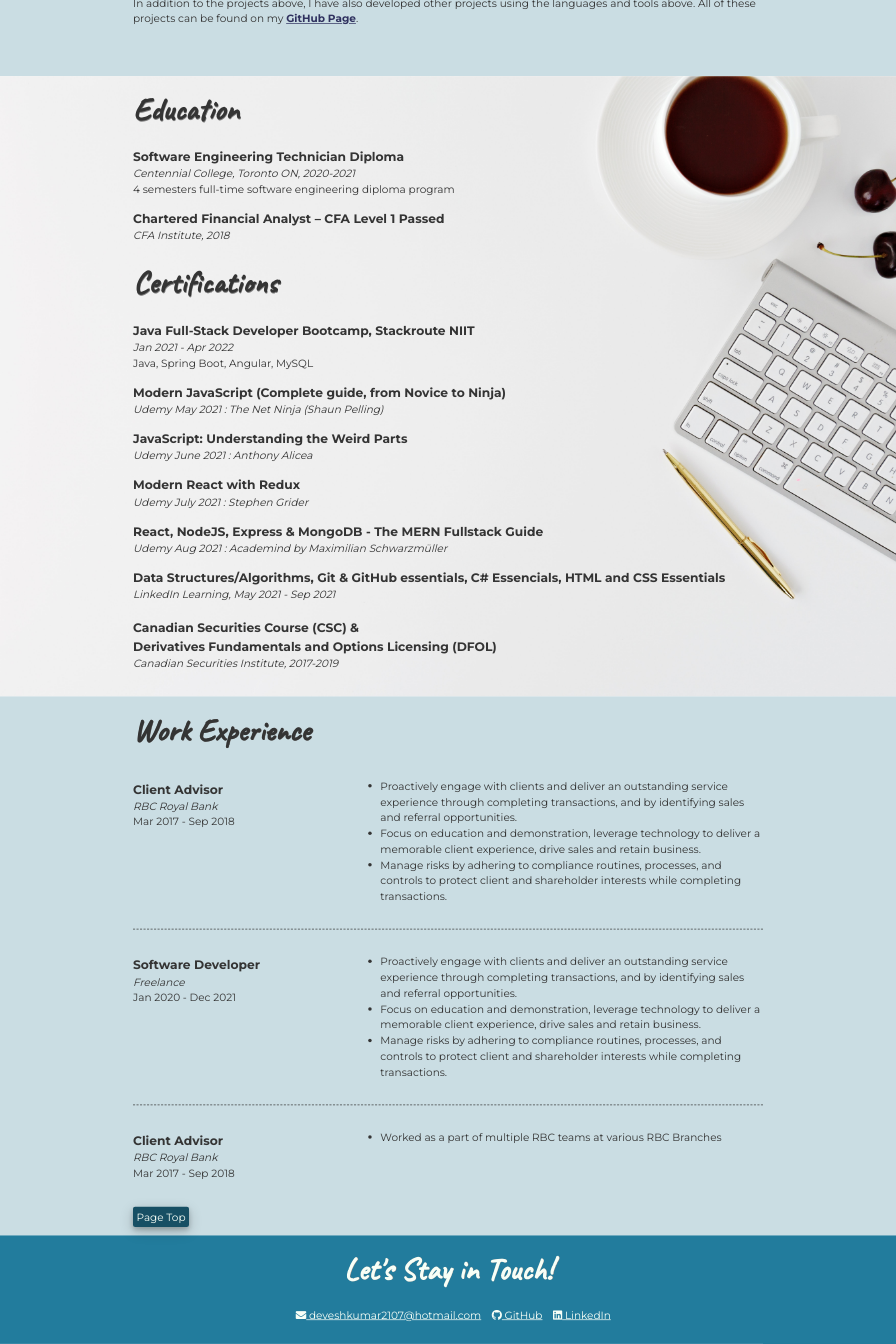
Repository: My-Web-Page/MyWebPage
Page: index.html
These files come from the project's save history. The page is drawn as it stood at one moment and after the next save; the edit follows.
The browser window is 1280 px wide. The pictures show the part of the page from y = 2207 to 4127 px (the page is 4127 px tall before and 4006 px after), at 70% of full size.
Some web libraries are served in a nearby version.

Above is the page before, as saved 2023-04-11 08:38:08.

### index.html
<!DOCTYPE html>
<html lang="en">

<head>
    <meta charset="UTF-8">
    <meta name="viewport" content="width=device-width, initial-scale=1.0">
    <link href="./assets/images/favicon.ico" rel="icon" type="image/x-icon" />

    <title> Devesh Kumar : Full-Stack Developer</title>
    <link rel="preconnect" href="https://fonts.gstatic.com">
    <link href="https://fonts.googleapis.com/css2?family=Caveat&family=Montserrat:wght@400;700&display=swap" rel="stylesheet">
    <link rel="stylesheet" href="https://pro.fontawesome.com/releases/v5.10.0/css/all.css" integrity="sha384-AYmEC3Yw5cVb3ZcuHtOA93w35dYTsvhLPVnYs9eStHfGJvOvKxVfELGroGkvsg+p" crossorigin="anonymous" />

    <link rel="stylesheet" href="style.css">
</head>

<body>
    <main>
        <!-- ***********************  ABOUT / PROFILE  *********************** -->
        <header>
            <div class="container">
                <h1>Devesh Kumar</h1>
                <h2>Software Developer</h2>
            </div>
        </header>

        <nav id="navbar">
            <ul class="nav-ul">
                <li>
                    <a href="#about-me"><i class="fas fa-info-circle"></i>About Me</a> </li>
                <li>
                    <a href="#projects"><i class="fab fa-elementor"></i>Projects</a></li>
                <li>
                    <a href="#education"><i class="fas fa-graduation-cap"></i>Education</a></li>
                <li>
                    <a href="#work-experience"><i class="fas fa-briefcase"></i>Work Experience</a></li>
                <li>
                    <a href="#contact"><i class="fas fa-mobile-alt"></i>Contact Me</a></li>
            </ul>
        </nav>

        <!-- *********************About Me***********************  -->
        <section id="about-me">
            <div class="container">
                <h2>About Me</h2>
                <p>Hello & Welcome! I am an experienced Software-Developer with over 3 years of software development experience. Graduate of Software Engineering Technician program from Centennial College. I have worked with various programming languages
                    and tools. Given below are the details: </p>
                <div class="grid-container">
                    <div class="grid-item">
                        <h3>Languages & tools</h3>
                        <p> Java, Spring Boot, Maven, Junit, OracleSQL, MyBatis, JavaScript, React, Linux, Git, Jira, Agile, Data Structures</p>
                    </div>

                    <div class="grid-item">
                        <h3>Familiar / also work with</h3>
                        <p>Java, Spring Boot, C#, HTML/CSS, Bootstrap, Angular, Node.js, MongoDB, Shell Scripting, UML, MVC</p>
                    </div>
                </div>
                <p>I have also developed grasp over software engineering concepts such as Agile, SDLC models, Agile Project Management Concepts. I have also developed multiple projects using Java, Spring Boot, JavaScript, React, Node.js, HTML, CSS, C#, OracleSQL,
                    MySql, MyBatis, MongoDB and other tools. Additionally, I have also completed some investment management courses/certifications in the past and grown my knowledge in the sector.</p>

            </div>
        </section>

        <!-- *********************Pop-Ups***********************  -->
        <section class="popup-wrapper" id="popup">
            <div class="container">
                <p><button class="popup-close">Close</button></p>
                <img id="popup-img" alt="finalproject popup">
            </div>
        </section>
        <!-- ********************  PROJECTS / PORTFOLIO  ********************* -->
        <section id="projects" class="projects">
            <div class="container divider">
                <h2>My Projects</h2>
                <!-- Project 1 -->
                <section class="project-item clearfix">
                    <img class="project-image" src="./assets/images/assignment_2.png" alt="Portfolio Assignment Using Node.js, Bootstrap, EJS and MongoDB">
                    <h3>Personal Portfolio Website</h3>
                    <p> <strong>Languages & Tools Used :</strong> EJS, CSS, Node.js and MongoDB.</p>
                    <p>Developed this website using above mentioned technologies. I used ExpressJs middleware, and passport.js for authentication.</p>
                    <a class="btn" href="https://comp229-asnmt2.herokuapp.com/home" target="_blank">Website Link</a>
                    <a class="btn" href="https://github.com/portretrieve/Assignment_2" target="_blank">GitHub Link</a>
                </section>

                <!-- Project 2 -->
                <section class="project-item clearfix">
                    <img class="project-image" src="./assets/images/final_project.png" alt="Final Project Using Node.js, Bootstrap, EJS and MongoDB">
                    <h3>Angel's Investment Website</h3>
                    <p> <strong>Languages & Tools Used :</strong> EJS, CSS, Node.js and MongoDB.</p>
                    <p>Created this website using Node.js(Express.js), and Passport.js to authenticate.</p>
                    <a class="btn" href="https://angelinvestfinal.herokuapp.com/" target="_blank">Website Link</a>
                    <a class="btn" href="https://github.com/Angel-Investor/AngelInvestor-Web-App" target="_blank">GitHub Link</a>
                </section>

                <!-- Project 3 -->
                <section class="project-item clearfix">
                    <img class="project-image" src="./assets/images/slot-machine.png" alt="Casino slot machine game using HTML, CSS, JavaScript, TypeScript and EaselJS">
                    <h3>Slot Machine Game</h3>
                    <p> <strong>Languages & Tools Used :</strong> HTML, CSS, JavaScript, TypeScript and EaselJS.</p>
                    <a class="btn" href="https://portretrieve.github.io/COMP125-Assignment-4-CreateJS-Slot-Machine/" target="_blank">Website Link</a>
                    <a class="btn" href="https://github.com/portretrieve/COMP125-Assignment-4-CreateJS-Slot-Machine" target="_blank">GitHub Link</a>
                </section>

                <!-- Project 4 -->
                <section class="project-item clearfix">
                    <img class="project-image" src="./assets/images/restaurant_app.png" alt="Restaurant app using C# WPF MVVM">
                    <h3>Restaurant POS system app</h3>
                    <p> <strong>Languages & Tools Used :</strong> C#, WPF and XAML.</p>
                    <p>Created the restaurant P.O.S app using C# and WPF.</p>
                    <a class="btn" href="https://github.com/portretrieve/Restaurant_app" target="_blank">GitHub Link</a>
                </section>
                <section>
                    <h3>Other Projects: </h3>
                    <p> <strong>Languages & Tools Used :</strong> C#, WinForms, SQL, PL/SQL, Java, Python, Jira, Trello, Lucid Charts, MS Visio etc. </p>
                    <p>In addition to the projects above, I have also developed other projects using the languages and tools above. All of these projects can be found on my <span><a href="https://github.com/portretrieve" target="_blank">GitHub Page</a>.</span></p>
                </section>
            </div>
        </section>

        <!-- ******************  EDUCATION & CERTIFICATIONS ****************** -->
        <section id="education" class="education">
            <div class="container item-details">

                <h2>Education</h2>

                <section>
                    <h3>Software Engineering Technician Diploma</h3>
                    <p>Centennial College, Toronto ON, 2020-2021</p>
                    <p>4 semesters full-time software engineering diploma program </p>
                </section>
                <section>
                    <h3>Chartered Financial Analyst – CFA Level 1 Passed</h3>
                    <p>CFA Institute, 2018</p>
                </section>
                <br>
                <h2>Certifications</h2>

                <section>
                    <h3>Java Full-Stack Developer Bootcamp, Stackroute NIIT</h3>
                    <p>Jan 2021 - Apr 2022</p>
                    <p>Java, Spring Boot, Angular, MySQL</p>
                </section>

                <section>
                    <h3>Modern JavaScript (Complete guide, from Novice to Ninja)</h3>
                    <p>Udemy May 2021 : The Net Ninja (Shaun Pelling)</p>
                </section>
                <section>
                    <h3>JavaScript: Understanding the Weird Parts</h3>
                    <p>Udemy June 2021 : Anthony Alicea</p>
                </section>
                <section>
                    <h3>Modern React with Redux</h3>
                    <p>Udemy July 2021 : Stephen Grider</p>
                </section>
                <section>
                    <h3>React, NodeJS, Express & MongoDB - The MERN Fullstack Guide</h3>
                    <p>Udemy Aug 2021 : Academind by Maximilian Schwarzmüller</p>
                </section>
                <section>
                    <h3>Data Structures/Algorithms, Git & GitHub essentials, C# Essencials, HTML and CSS Essentials</h3>
                    <p>LinkedIn Learning, May 2021 - Sep 2021 </p>
                </section>
                <br>
                <section class="csc">
                    <h3>Canadian Securities Course (CSC) &</h3>
                    <h3>Derivatives Fundamentals and Options Licensing (DFOL)</h3>
                    <p>Canadian Securities Institute, 2017-2019 </p>
                </section>

            </div>
        </section>

        <!-- ***********************  WORK EXPERIENCE  *********************** -->
        <section id="work-experience" class="work-experience">
            <div class="container item-details divider">
                <h2>Work Experience</h2>

                <!-- Job 1 -->
                <section class="job-item">
                    <div class="job-details">
                        <h3>Client Advisor</h3>
                        <p>RBC Royal Bank</p>
                        <p>Mar 2017 - Sep 2018</p>
                    </div>
                    <div class="job-summary">
                        <ul>
                            <li>Proactively engage with clients and deliver an outstanding service experience through completing transactions, and by identifying sales and referral opportunities.</li>
                            <li>Focus on education and demonstration, leverage technology to deliver a memorable client experience, drive sales and retain business.</li>
                            <li>Manage risks by adhering to compliance routines, processes, and controls to protect client and shareholder interests while completing transactions.</li>
                        </ul>

                    </div>
                </section>

                <!-- Job 2 -->
                <section class="job-item">
                    <div class="job-details">
                        <h3>Software Developer</h3>
                        <p>Freelance</p>
                        <p>Jan 2020 - Dec 2021</p>
                    </div>
                    <div class="job-summary">
                        <ul>
                            <li>Proactively engage with clients and deliver an outstanding service experience through completing transactions, and by identifying sales and referral opportunities.</li>
                            <li>Focus on education and demonstration, leverage technology to deliver a memorable client experience, drive sales and retain business.</li>
                            <li>Manage risks by adhering to compliance routines, processes, and controls to protect client and shareholder interests while completing transactions.</li>
                        </ul>

                    </div>
                </section>

                <!-- Job 3 -->
                <section class="job-item">
                    <div class="job-details">
                        <h3>Client Advisor</h3>
                        <p>RBC Royal Bank</p>
                        <p>Mar 2017 - Sep 2018</p>
                    </div>
                    <div class="job-summary">
                        <ul>
                            <li>Worked as a part of multiple RBC teams at various RBC Branches</li>
                        </ul>

                    </div>
                </section>
                <a class="top-btn" href="#top">Page Top</a>

            </div>
        </section>


        <!-- *****************  CONTACT INFO / SOCIAL MEDIA  ***************** -->
        <footer>
            <div id="contact" class="container">
                <h2>Let's Stay in Touch!</h2>
                <!-- Social media and contact links. Add or remove any networks. -->
                <ul class="contact-list">
                    <li><a href="mailto:deveshkumar2107@hotmail.com"><i class="fas fa-envelope"></i>&nbsp;deveshkumar2107@hotmail.com</a></li>
                    <li><a href="https://github.com/portretrieve" target="_blank"><i class="fab fa-github"></i>&nbsp;GitHub</a></li>
                    <li><a href="https://www.linkedin.com/in/devesh-kumar-2aa03b64/" target="_blank"><i class="fab fa-linkedin"></i>&nbsp;LinkedIn</a></li>
                </ul>
            </div>
        </footer>
    </main>
    <script src="./script.js"></script>
</body>

</html>

### style.css
    /*
COLOR PALETTE
https://coolors.co/f7fff7-343434-2f3061-ffe66d-a1c6d7
#F7FFF7 - almost white
#343434 - dark gray - almost black
#2F3061 - blue dark
#FFE66D - yellow
#A1C6D7 - blue light
*/
    /* Global styles
------------------------------------*/

    html {
        box-sizing: border-box;
        scroll-behavior: smooth;
        --header-height: 75px;
        scroll-padding-top: var(--header-height);
    }

    *,
    *:before,
    *:after {
        box-sizing: inherit;
    }

    body {
        color: #343434;
        margin: 0;
        padding: 0;
        font-family: 'Montserrat', sans-serif;
        font-size: 15px;
        line-height: 1.5;
    }

    .clearfix::after {
        content: "";
        clear: both;
        display: table;
    }

    .project-image {
        width: 300px;
        text-shadow: gray 2px 2px 2px;
        box-shadow: 0 4px 8px 0 rgba(0, 0, 0, 0.2), 0 6px 20px 0 rgba(0, 0, 0, 0.19);
        cursor: pointer;
    }

    .project-image:hover {
        transform: scale(1.02);
    }

    a {
        color: #F7FFF7;
    }

    a:hover {
        text-decoration: none;
    }

    h1 {
        font-size: 100px;
        line-height: .9;
        margin-top: 120px;
        margin-bottom: 0;
        text-shadow: gray 1px 1px 1px;
    }

    h2 {
        font-size: 45px;
        text-shadow: gray .5px .5px .5px;
    }

    h1,
    h2 {
        font-family: 'Caveat', cursive;
        font-weight: 600px;
    }

    h2 {
        margin: 0;
        margin-bottom: 20px;
    }

    .container {
        max-width: 900px;
        width: 80%;
        margin: 0 auto;
        padding: 15px 0;
    }

    h3 {
        margin-bottom: 0;
    }

    h3+p {
        font-style: italic;
    }

    .item-details h3~p {
        margin: 0;
    }

    .divider>section {
        border-bottom: 1px dashed #343434;
        margin-bottom: 20px;
        padding-bottom: 20px;
    }

    .divider>section:last-of-type {
        border-bottom: none;
    }
    /*****Nav*****/

    nav {
        background-color: #227C9D;
        padding: 5px 0;
        position: relative;
        height: var(--header-height);
    }

    @supports (position: sticky) {
        nav {
            position: sticky;
            top: 0;
        }
    }

    .nav-ul li {
        list-style-type: none;
    }

    .nav-ul li:hover {
        transform: scale(1.02);
    }

    .nav-ul li a {
        text-decoration: none;
        font-size: 18px;
    }

    .top-btn {
        background-color: #174F64;
        color: #F7FFF7;
        padding: 5px;
        text-decoration: none;
        border-radius: 3px;
        box-shadow: 0 4px 8px 0 rgba(0, 0, 0, 0.2), 0 6px 20px 0 rgba(0, 0, 0, 0.19);
    }

    .top-btn:hover {
        background-color: #1E6A85;
        transform: scale(1.01);
    }
    /*************Popup**********/

    .popup-wrapper {
        background: rgba(0, 0, 0, 0.5);
        position: fixed;
        top: 0;
        left: 0;
        width: 100%;
        height: 100%;
        display: flex;
        flex-direction: column;
        justify-content: center;
        text-align: center;
        display: none;
    }

    #popup-img {
        max-width: 100%;
        flex: 1 1 0;
    }

    .popup-close {
        cursor: pointer;
    }

    .popup-wrapper p {
        text-align: center;
        margin: 150px 0 0 0;
    }

    .popup-wrapper p button {
        text-align: center;
        background: crimson;
        font-size: 15px;
        border-radius: 4px;
        padding: 10px;
        color: white;
    }
    /*****About Me******/

    #about-me {
        background-color: #EEE;
    }

    .grid-container {
        color: #F7FFF7;
        box-shadow: 0 4px 8px 0 rgba(0, 0, 0, 0.2), 0 6px 20px 0 rgba(0, 0, 0, 0.19);
    }

    .grid-container .grid-item {
        background-color: #227C9D;
        padding: 0 20px;
        font-size: 16px;
    }

    .grid-container .grid-item:hover {
        transform: scale(1.01);
    }

    #my-page-repo {
        color: #343434;
    }
    /* Profile
------------------------------------*/

    header {
        color: #643C2B;
    }
    /* Projects
------------------------------------*/

    .projects {
        background: #CADDE3;
    }

    .projects a {
        color: #2f315f;
        font-weight: bold;
    }

    .projects .btn {
        color: #F7FFF7;
        background: #174F64;
        text-decoration: none;
        padding: 8px;
        border-radius: 4px;
        display: inline-block;
        box-shadow: 0 4px 8px 0 rgba(0, 0, 0, 0.2), 0 6px 20px 0 rgba(0, 0, 0, 0.19);
    }

    .projects .btn:hover {
        background-color: #1E6A85;
        transform: scale(1.01);
    }

    .project-item h3 {
        margin-top: 0;
    }
    /* Work Experience
------------------------------------*/

    .work-experience {
        background: #CADDE3;
    }
    /* Education
------------------------------------*/

    .education {
        background-image: url(./assets/images/leone-venter-VieM9BdZKFo-unsplash.jpg);
        background-size: cover;
        background-position: bottom left;
        padding-bottom: 20px;
    }

    .education p {
        width: 60%;
    }

    .csc h3 {
        margin-top: 0;
        margin-bottom: 0;
    }
    /* Contact Info
------------------------------------*/

    footer {
        background: #227C9D;
        color: #F7FFF7;
    }

    .contact-list {
        list-style-type: none;
        padding: 0;
    }

    .contact-list a {
        margin-left: 15px;
    }
    /* Responsive
---------------------------------------*/

    @media (min-width:750px) {
        .project-item img {
            margin-right: 20px;
            float: left;
        }
        .job-item {
            display: grid;
            grid-template-columns: 1fr 2fr;
            column-gap: 20px;
            row-gap: 10px;
        }
        header {
            background-image: url(./assets/images/georgie-cobbs-bKjHgo_Lbpo-unsplash.jpg);
            background-repeat: no-repeat;
            background-size: cover;
            height: 500px;
            background-position: bottom;
        }
        header,
        footer {
            text-align: center;
        }
        .contact-list {
            display: flex;
            justify-content: center;
        }
        .nav-ul {
            display: flex;
            flex-wrap: wrap;
            justify-content: center;
        }
        .nav-ul li {
            margin: 0 15px;
        }
        .grid-container {
            display: grid;
            grid-template-columns: 1fr 1fr;
            grid-gap: 10px;
        }
    }

    @media (max-width:749px) {
        header {
            background-color: #FEF9EF;
            text-align: center;
            padding-bottom: 10px;
        }
        h1 {
            font-size: 75px;
            margin-top: 15px;
        }
        h1,
        h2 {
            line-height: .9;
            margin-bottom: 15px;
        }
        nav {
            height: 250px;
        }
        .contact-list li {
            padding-bottom: 10px;
        }
        .nav-ul {
            text-align: left;
        }
        .nav-ul li {
            margin-bottom: 20px;
        }
        .grid-container .grid-item {
            padding: 10px;
            margin-top: 10px;
        }
    }

### script.js
let images = document.querySelectorAll(".project-image");

let popup = document.querySelector("#popup");
let popupImage = document.querySelector("#popup-img");

images.forEach((image) => {
  image.addEventListener("click", (e) => {
    popupImage.src = e.target.src;
    popup.style.display = "block";
  });
});

popup.addEventListener("click", (event) => {
  if (event.target === popupImage) {
    return;
  }
  popup.style.display = "none";
});

After the next save:
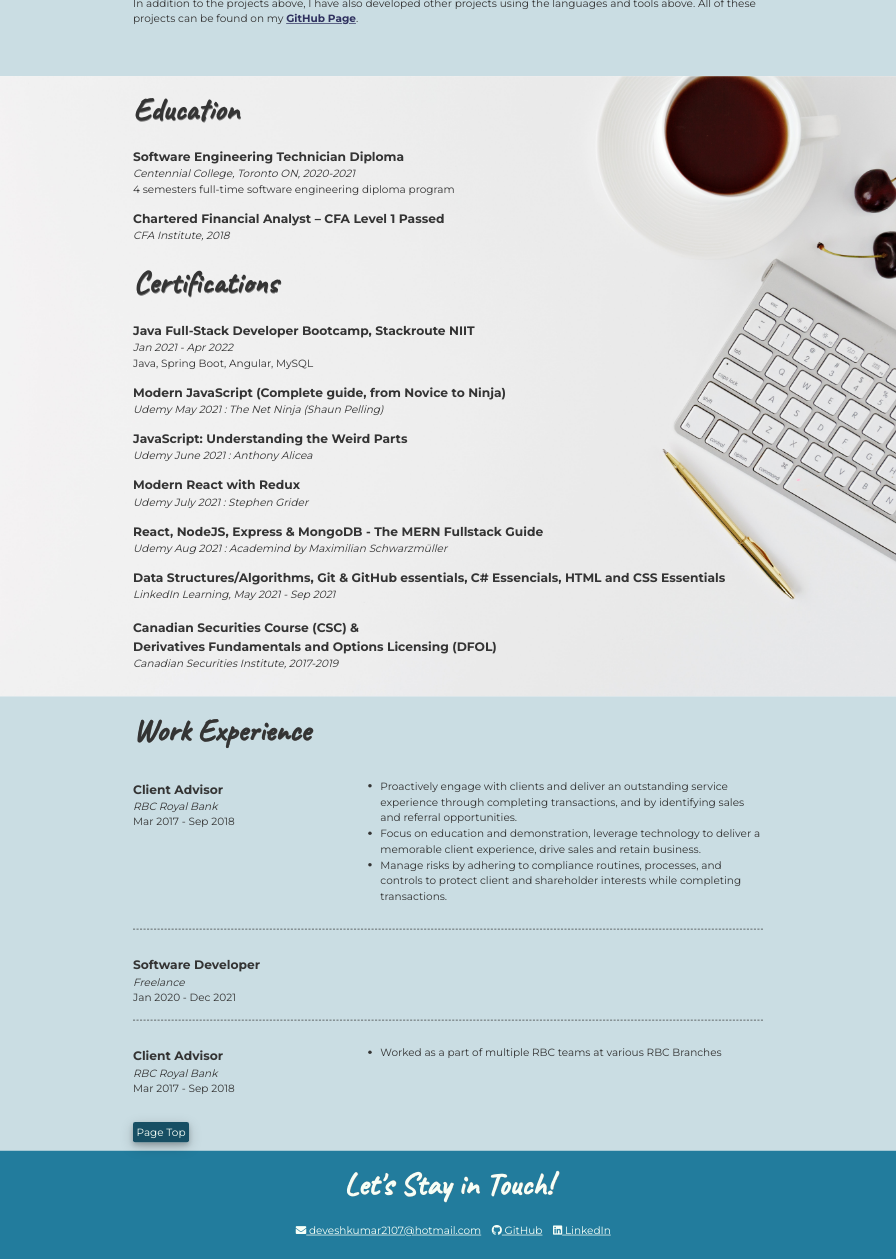
Saved 23 s later.
--- a/index.html
+++ b/index.html
@@ -203,9 +203,7 @@
                     </div>
                     <div class="job-summary">
                         <ul>
-                            <li>Proactively engage with clients and deliver an outstanding service experience through completing transactions, and by identifying sales and referral opportunities.</li>
-                            <li>Focus on education and demonstration, leverage technology to deliver a memorable client experience, drive sales and retain business.</li>
-                            <li>Manage risks by adhering to compliance routines, processes, and controls to protect client and shareholder interests while completing transactions.</li>
+
                         </ul>
 
                     </div>
